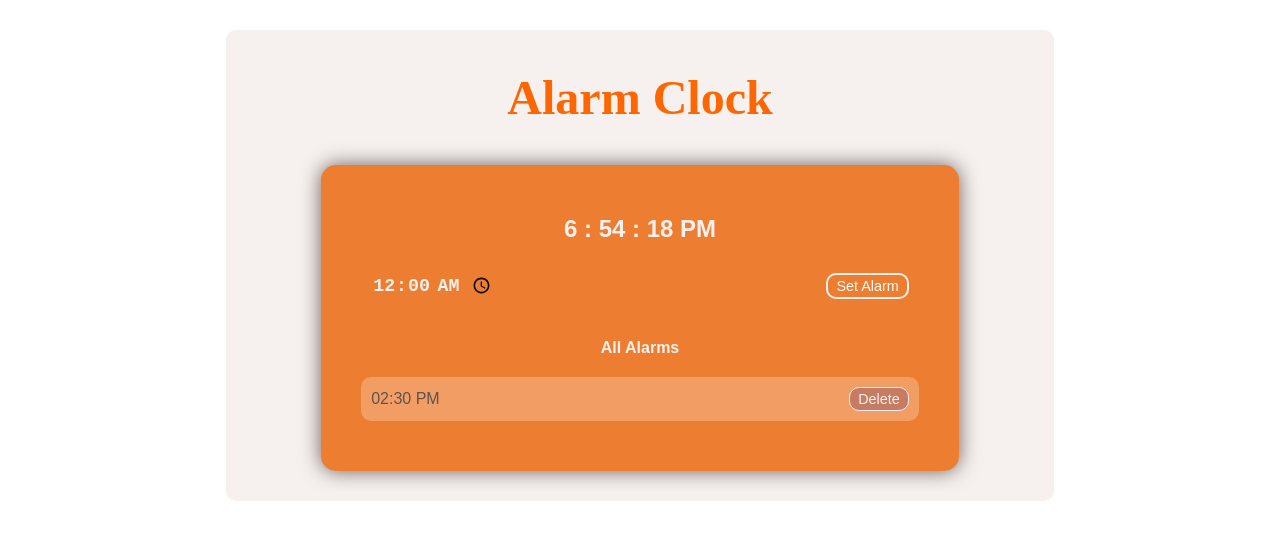
Repository: Pragya016/Alarm-Clock
Page: Index.html
An editor plug-in stored every save of this project. The page is shown before and after the next save, followed by the edit.
The browser window is 1280 px wide. The pictures show the whole page.

Above is the page before, as saved 2024-01-19 19:19:13.

After the next save:
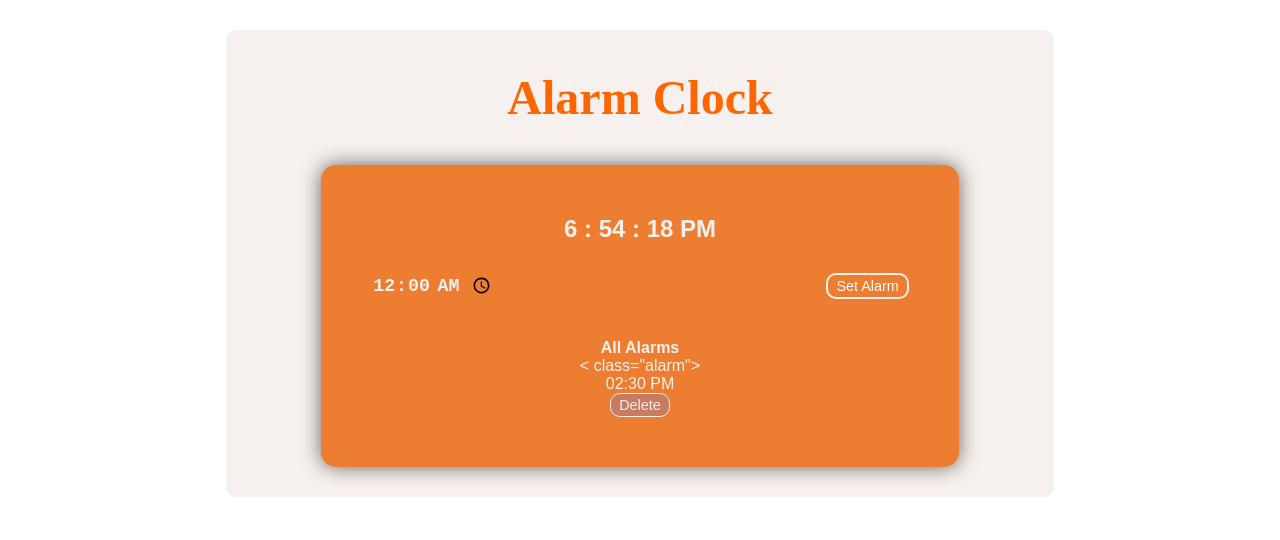
Saved 3 min 17 s later.
--- a/Index.html
+++ b/Index.html
@@ -34,14 +34,14 @@
             <div id="all-alarms">
                 <p class="heading"><b>All Alarms</b>
                 </p>
-                <div class="alarm">
+                < class="alarm">
                     <p class="preSetAlarmTime">
                         02:30 PM
                     </p>
                     <button type="button" class="dlt-alarm-btn">
                         Delete
                     </button>
-                </div>
+                </>
             </div>
         </div>
     </div>

After the save that followed:
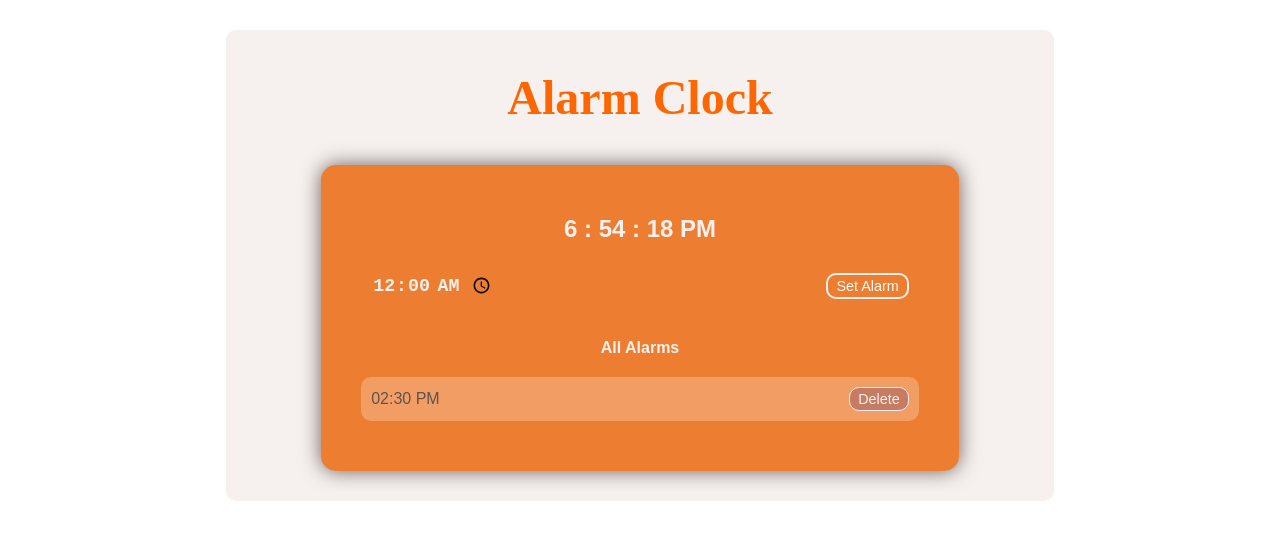
Saved 6 s later.
--- a/Index.html
+++ b/Index.html
@@ -34,14 +34,14 @@
             <div id="all-alarms">
                 <p class="heading"><b>All Alarms</b>
                 </p>
-                < class="alarm">
+                <li class="alarm">
                     <p class="preSetAlarmTime">
                         02:30 PM
                     </p>
                     <button type="button" class="dlt-alarm-btn">
                         Delete
                     </button>
-                </>
+                </li>
             </div>
         </div>
     </div>
